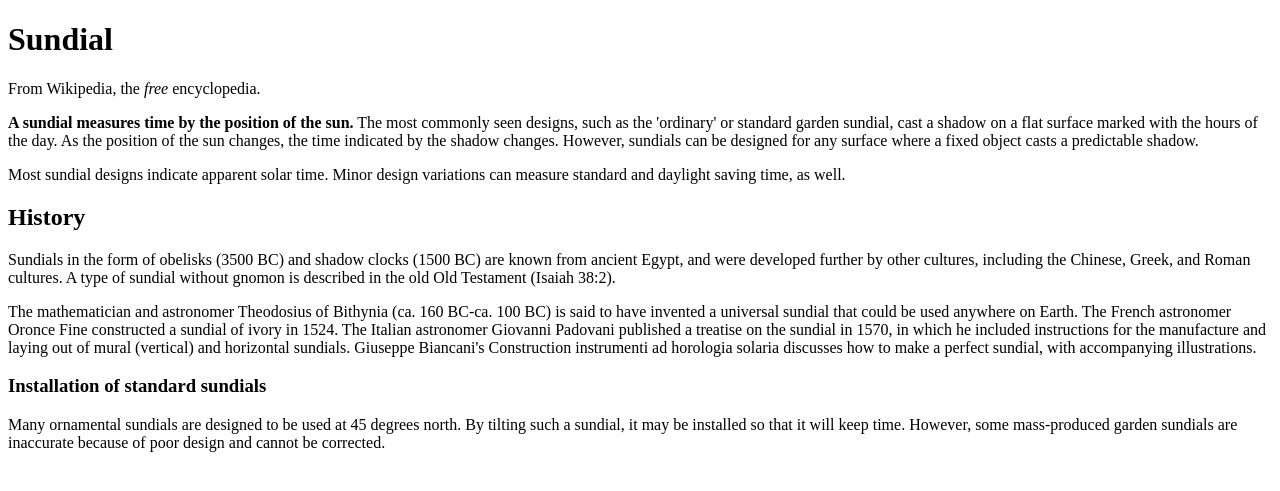
Repository: 9-5-pursuit/lab-intro-to-html
Page: sundial.html
The author's editor kept a copy of each file at every save. The page is drawn from the files as they stood at one save, then again after the next save.
The browser window is 1280 px wide. The pictures show the whole page.

Above is the page before, as saved 2023-02-27 21:29:04.

After the next save:
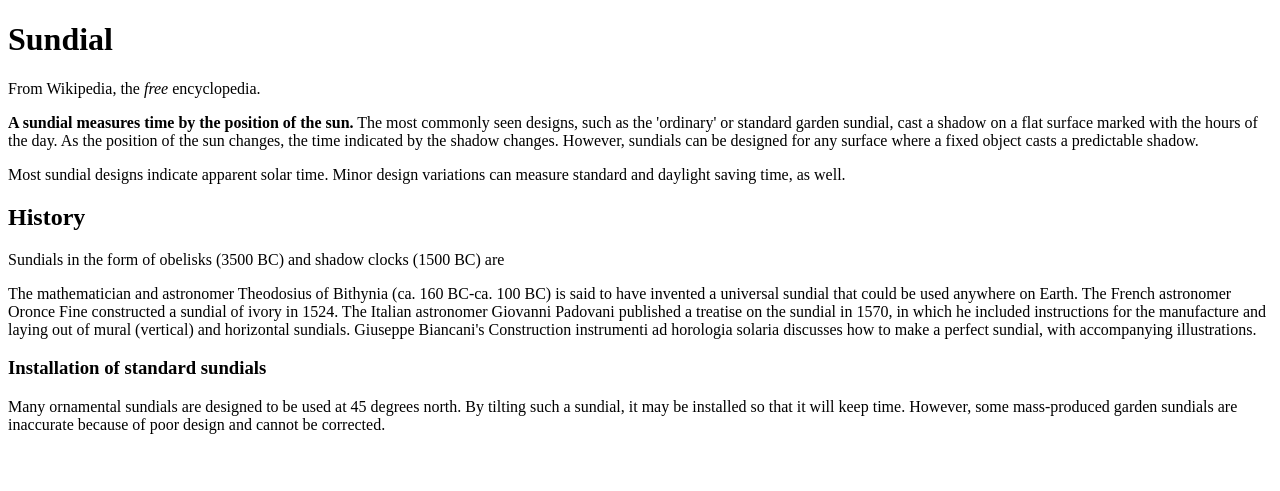
Saved 95 s later.
--- a/sundial.html
+++ b/sundial.html
@@ -29,7 +29,7 @@
       </span>
       <p>
         Sundials in the form of obelisks (3500 BC) and shadow clocks (1500 BC)
-        are known from ancient Egypt, and were developed further by other
+        are <known from ancient Egypt, and were developed further by other
         cultures, including the Chinese, Greek, and Roman cultures. A type of
         sundial without gnomon is described in the old Old Testament (Isaiah
         38:2).

After the 2 saves that followed:
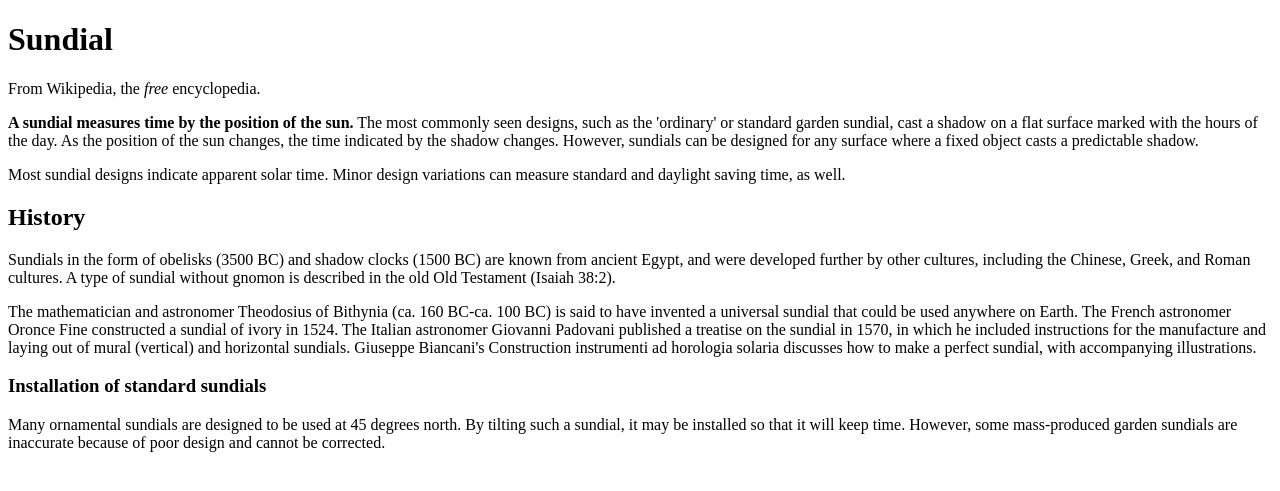
The 2 saves are shown as one change because they came seconds apart.
The last was saved 8 s later.
--- a/sundial.html
+++ b/sundial.html
@@ -29,7 +29,7 @@
       </span>
       <p>
         Sundials in the form of obelisks (3500 BC) and shadow clocks (1500 BC)
-        are <known from ancient Egypt, and were developed further by other
+        are <strong></strong>known from ancient Egypt, and were developed further by other
         cultures, including the Chinese, Greek, and Roman cultures. A type of
         sundial without gnomon is described in the old Old Testament (Isaiah
         38:2).
